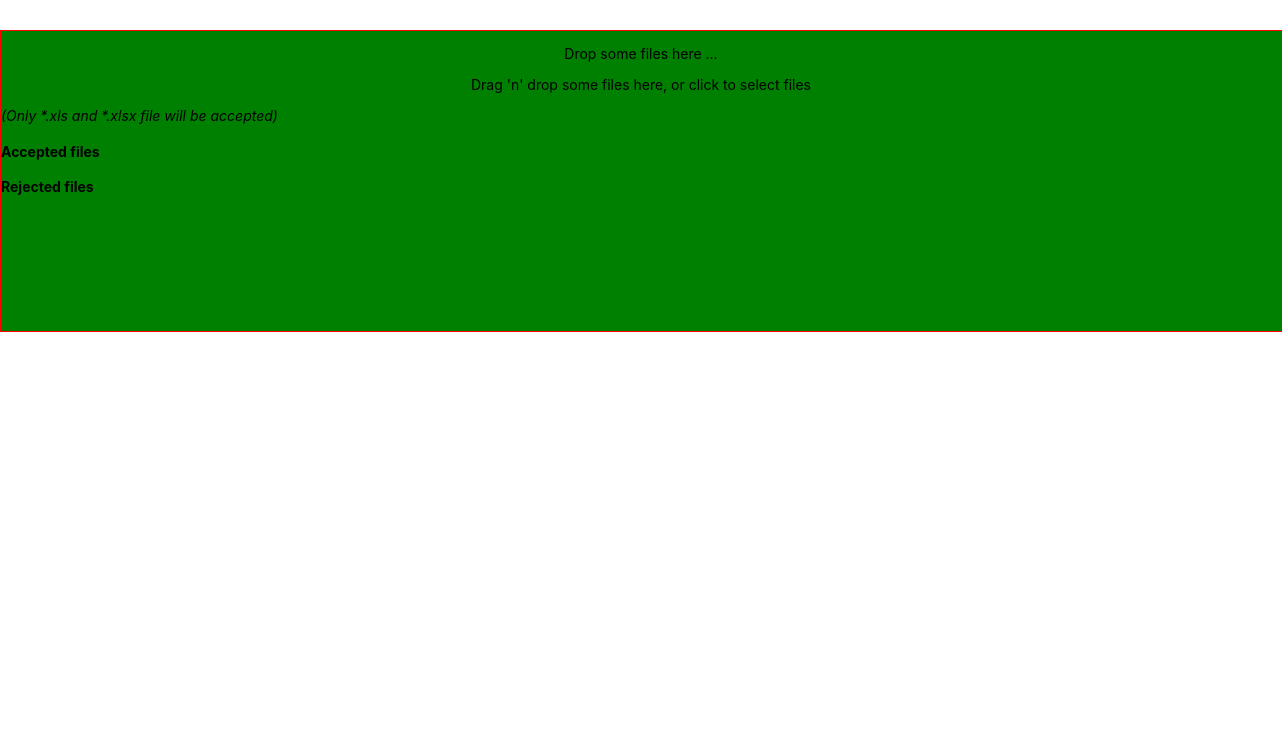
Repository: enigmawxy/abi2020
Page: /
These files come from the project's save history. The page is drawn as it stood at one moment and after the next save; the edit follows.
The browser window is 1280 px wide. The page is 1282 px wide, so the pictures cover 1282 px, including what lies to the right of the window. The pictures show the whole page.
The page's requests for data from a server got no answer. The project was rebuilt for these pictures with package versions that can differ from the ones it lists, and the page was loaded fresh each time. No one was signed in, and anything a server would have sent is missing. Also part of the build but not shown: src/components/login/login.scss, src/components/login/login.jsx, src/common/header.scss, src/common/header.jsx, src/common/footer.scss, src/common/footer.jsx, src/components/register/content.scss, src/components/register/content.jsx and 3 more.

Above is the page before, as saved 2020-08-19 10:35:13.

After the next save:
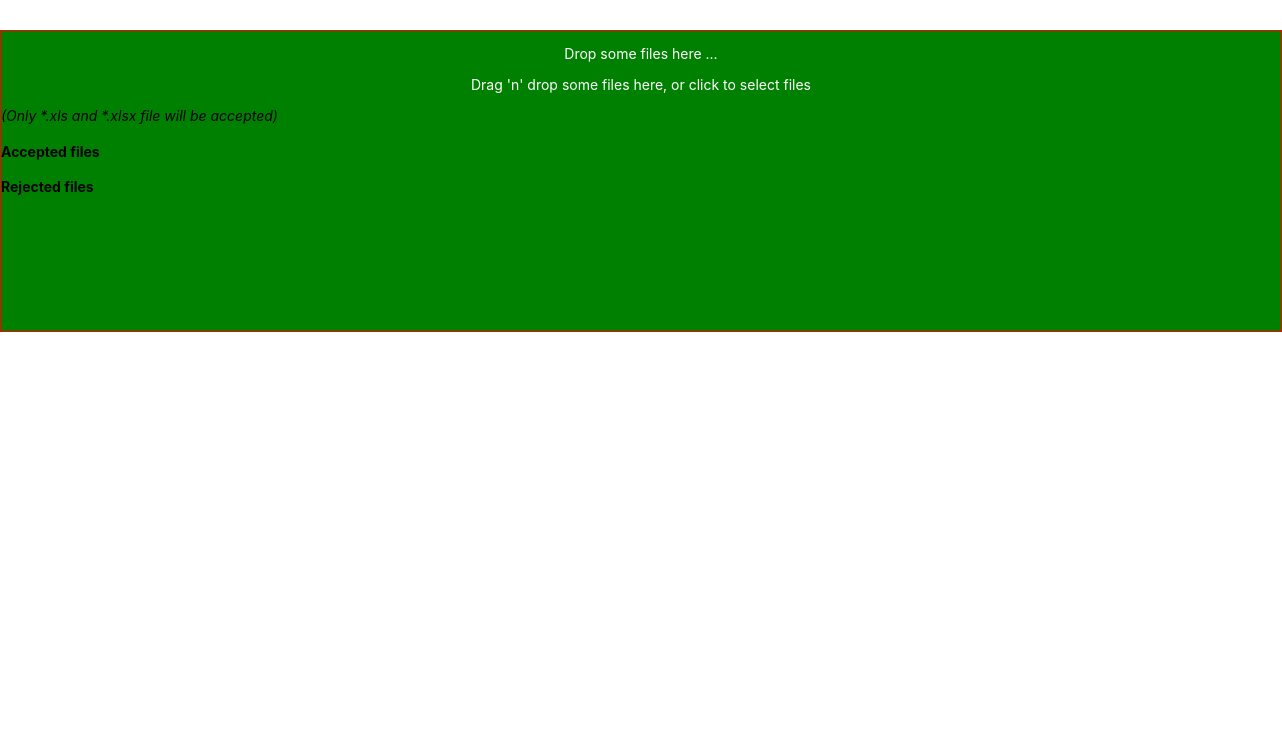
Saved 14 s later.
--- a/src/common/Accept.scss
+++ b/src/common/Accept.scss
@@ -6,6 +6,7 @@
     border: 1px solid red;
     p {
         text-align: center;
+        color: #fff;
     }
 }
 
